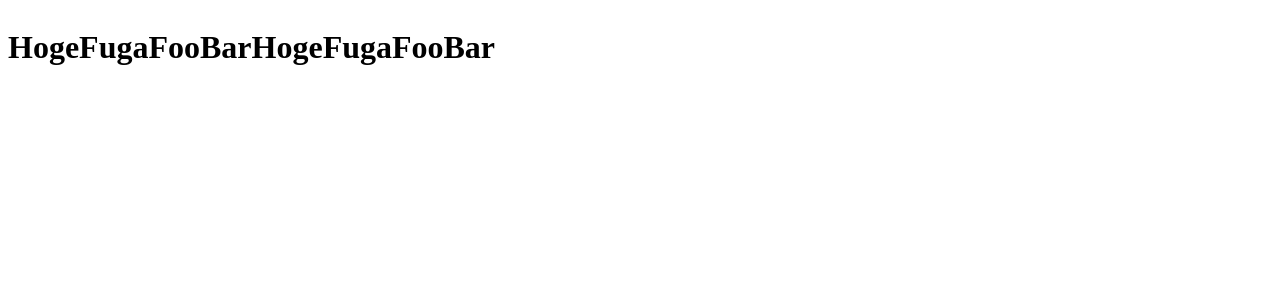
Repository: Kazumi-pro/samurai-HTML-CSS
Page: hoge/13/14/flex-wrap.html
The author's editor kept a record of every edit. The page is drawn from the files as they stood at one moment, then again after the next edit.
The browser window is 1280 px wide. The pictures show the whole page.

Above is the page before.

### hoge/13/14/flex-wrap.html
<html lang="ja">
    <head>
        <style>
            #no-wrap {
                display: flex;
                flex-wrap: nowrap;
            }

            #wrap {
                display: flex;
                flex-wrap:wrap-reverse;
            }

        </style>
    </head>
    <body>
        <div id="no-wrap">
            <h1>Hoge</h1>
            <h1>Fuga</h1>
            <h1>Foo</h1>
            <h1>Bar</h1>

        <div id="wrap">
            <h1>Hoge</h1>
            <h1>Fuga</h1>
            <h1>Foo</h1>
            <h1>Bar</h1>
        </div>

        <div id="no-wrap">
            <h1></h1>
            <h1></h1>
            <h1></h1>
            <h1></h1>
        </div>
        </div>
    </body>
</html>

After the next edit:
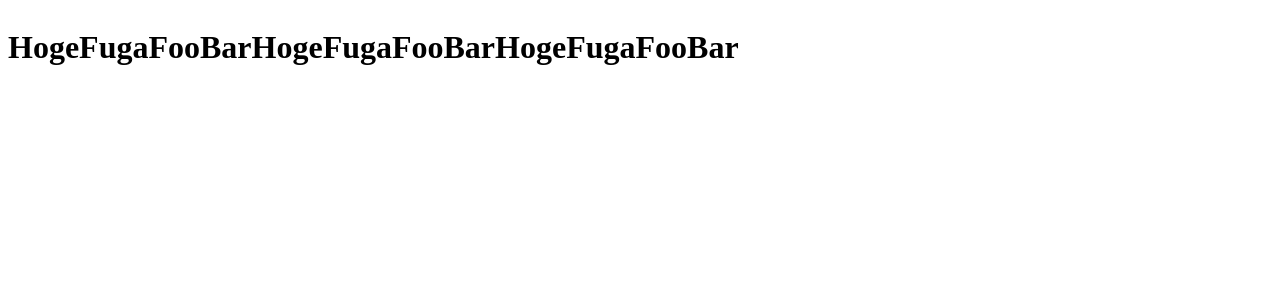
The edit:
--- a/hoge/13/14/flex-wrap.html
+++ b/hoge/13/14/flex-wrap.html
@@ -28,11 +28,12 @@
         </div>
 
         <div id="no-wrap">
-            <h1></h1>
-            <h1></h1>
-            <h1></h1>
-            <h1></h1>
+            <h1>Hoge</h1>
+            <h1>Fuga</h1>
+            <h1>Foo</h1>
+            <h1>Bar</h1>
         </div>
+
         </div>
     </body>
 </html>
